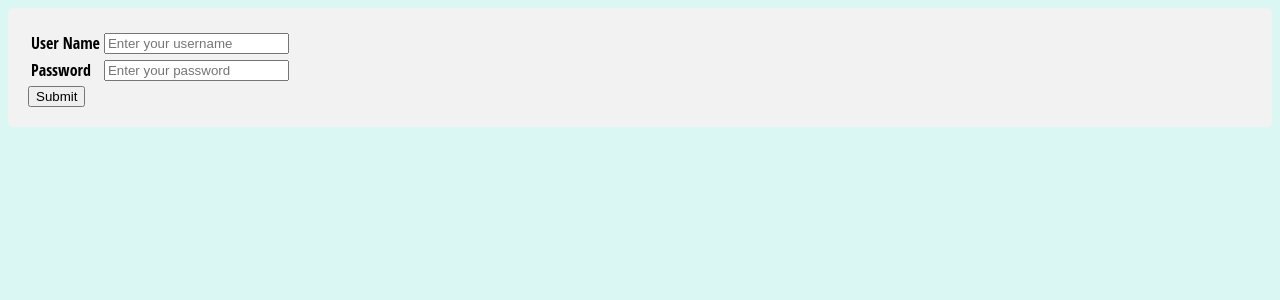
Repository: IT20643218/Employee-Management-System-OOP-Project-20-Y2S2
Page: http://localhost/EmployeeDemo/login.jsp
An editor plug-in stored every save of this project. The page is shown before and after the next save, followed by the edit.
The browser window is 1280 px wide. The pictures show the whole page.
Some web fonts or font styles are not loaded; a fallback is used. The page is served by Tomcat 9. Nobody is signed in. The application's start-up code is not run.

Above is the page before, as saved 2021-09-30 12:31:13.

After the next save:
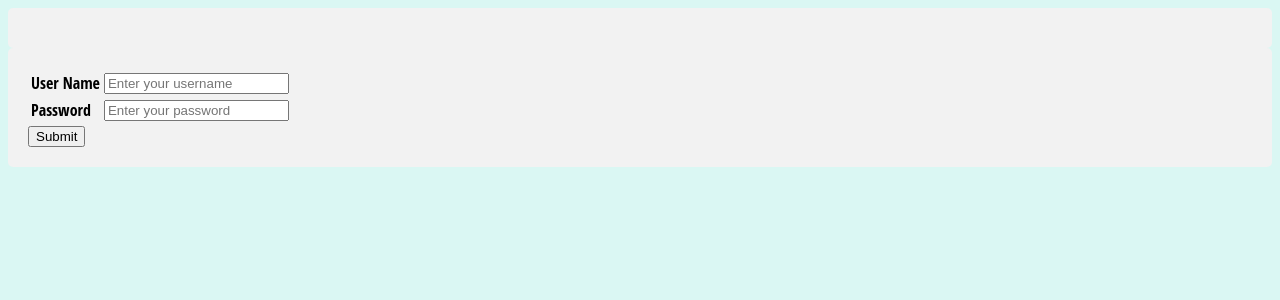
Saved 88 s later.
--- a/Java_Project/EmployeeDemo/src/main/webapp/login.jsp
+++ b/Java_Project/EmployeeDemo/src/main/webapp/login.jsp
@@ -20,6 +20,7 @@ body {
 
 </style>
 <body>
+<div id="bg"></div>
 <div>
 	<form action="log" method="post">
 	<table>
